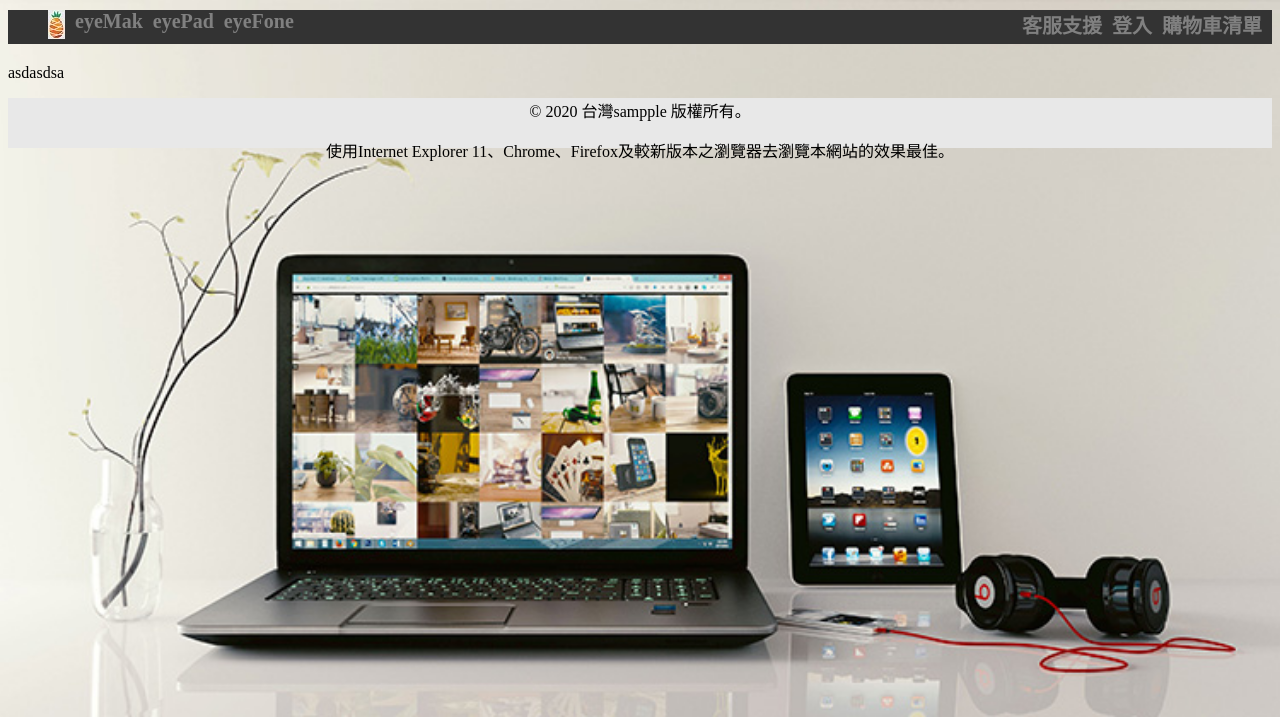
Repository: Vincent4142/NewFinalProject
Page: http://localhost/FinalProject/
The author's editor kept a copy of each file at every save. The page is drawn from the files as they stood at one save, then again after the next save.
The browser window is 1280 px wide. The pictures show the whole page.
The page is served by Tomcat 9.

Above is the page before, as saved 2020-04-09 05:46:00.

After the next save:
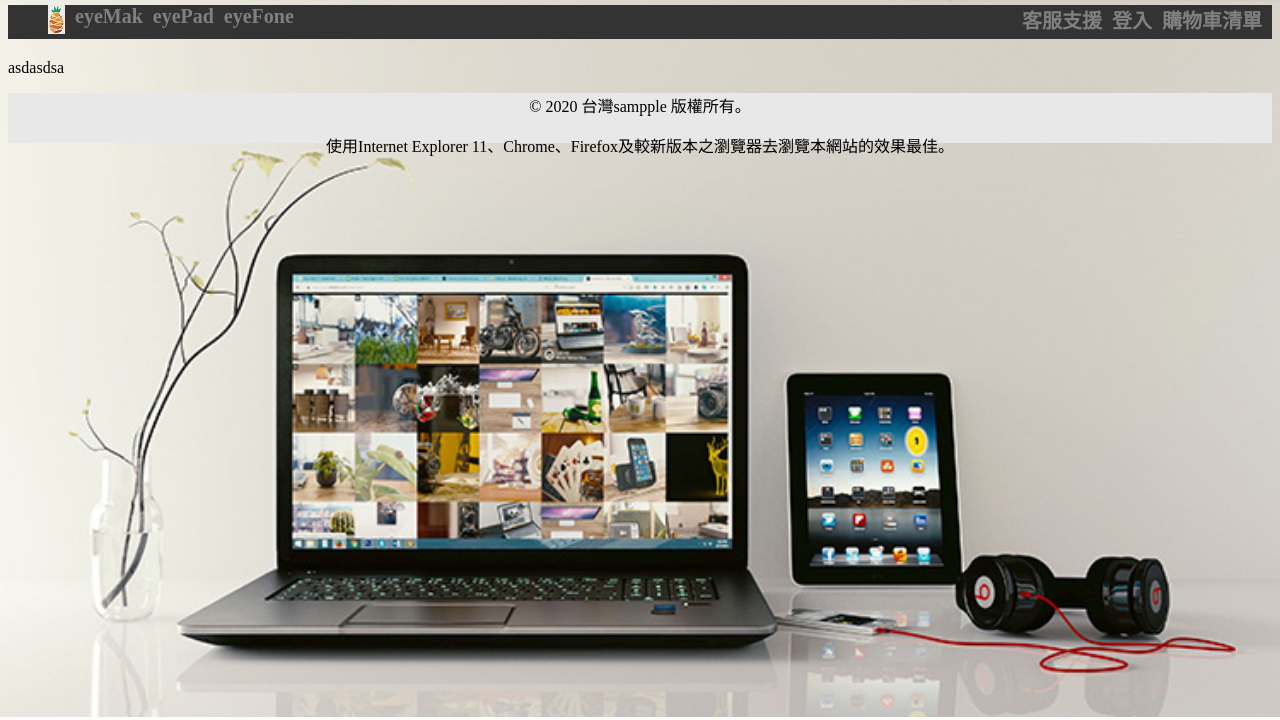
Saved 11 s later.
--- a/FinalProject/WebContent/fragment/indexTOP.jsp
+++ b/FinalProject/WebContent/fragment/indexTOP.jsp
@@ -9,7 +9,7 @@
 <style type="text/css">
 .nav {
 
-	margin-top: -10px;
+	margin-top: -15px;
 	background-color: black;
 }
 /* 主UL */
